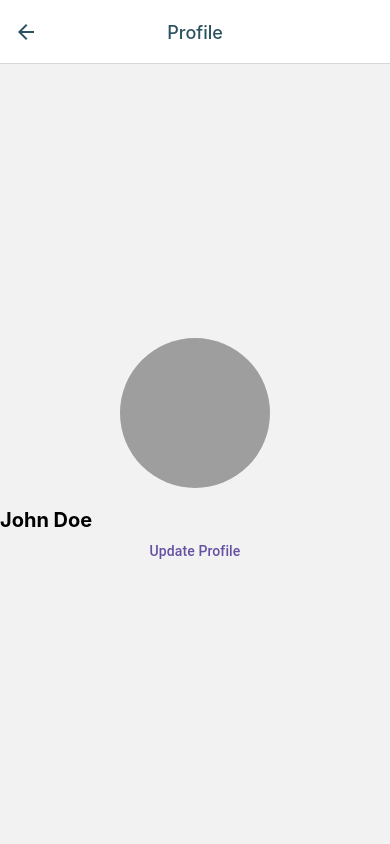
Repository: SaudCh/Expo-Pethub
Screen: /Profile
An editor plug-in stored every save of this project. The screen is shown before and after the next save, followed by the edit.
Pictures or frames that could not be fetched are drawn as grey boxes. The app was drawn by React Native's web renderer in a window 390 px wide. The project was rebuilt for these pictures with package versions that can differ from the ones it lists, and the page was loaded fresh each time. Also part of the build but not shown: Screens/Signup.js, Screens/Home.js, Screens/UpdateProfile.js, Components/Avatar.js.

Above is the screen before, as saved 2022-11-15 00:19:35.

### App.js
import { StatusBar } from 'expo-status-bar';
import 'react-native-gesture-handler';
import { StyleSheet, Text, View } from 'react-native';
import { Provider as PaperProvider } from 'react-native-paper';
import AppNavigator from './Components/Navigator';

export default function App() {
  return (
    <PaperProvider>
      <AppNavigator />
    </PaperProvider>
  );
}

const styles = StyleSheet.create({
  container: {
    flex: 1,
    backgroundColor: '#fff',
    alignItems: 'center',
    justifyContent: 'center',
  },
});

### Components/Navigator.js
// In App.js in a new project

import * as React from 'react';
import { View, Text } from 'react-native';
import { NavigationContainer } from '@react-navigation/native';
import { createNativeStackNavigator } from '@react-navigation/native-stack';
import Login from '../Screens/Login';
import Signup from '../Screens/Signup';
import Home from '../Screens/Home';
import Profile from '../Screens/Profile';
import UpdateProfile from '../Screens/UpdateProfile';
import Avatar from './Avatar';

function HomeScreen() {
    return (
        <View style={{ flex: 1, alignItems: 'center', justifyContent: 'center' }}>
            <Text>Home Screen</Text>
        </View>
    );
}

const Stack = createNativeStackNavigator();

function AppNavigator() {
    return (
        <NavigationContainer>
            <Stack.Navigator>
                <Stack.Screen name="Login" component={Login} options={{
                    title: 'Login',
                    headerTintColor: "#2B5262",
                    headerTitleAlign: 'center'
                }} />

                <Stack.Screen name="Signup" component={Signup} options={{
                    title: 'Signup',
                    headerTintColor: "#2B5262",
                    headerTitleAlign: 'center'
                }} />

                <Stack.Screen name="Home" component={Home}
                    options={{
                        title: 'Home',
                        headerTintColor: "#2B5262",
                        headerTitleAlign: 'center',
                        headerRight: () => (
                            <Avatar />
                        )
                    }}
                />

                <Stack.Screen name="Profile" component={Profile} options={{
                    title: 'Profile',
                    headerTintColor: "#2B5262",
                    headerTitleAlign: 'center'
                }} />
                <Stack.Screen name="UpdateProfile" component={UpdateProfile} options={{
                    title: 'Update',
                    headerTintColor: "#2B5262",
                    headerTitleAlign: 'center',
                }} />

            </Stack.Navigator>
        </NavigationContainer>
    );
}

export default AppNavigator;

### Screens/Login.js
import { useNavigation } from "@react-navigation/native";
import React, { useState, useEffect } from "react";
import { View, Text, StyleSheet, ActivityIndicator, Alert } from 'react-native'
import { TextInput, Button } from "react-native-paper"

export default function Login() {

    const navigation = useNavigation()

    const [data, setData] = useState({
        email: '',
        password: ''
    })

    return (
        <View style={{ ...styles.body }}>
            <View style={{ ...styles.box }}>
                <View>
                    <TextInput
                        mode="outlined"
                        placeholder="Email"
                        style={{ marginBottom: 10 }}
                        value={data.email}
                        onChangeText={text => setData({ ...data, email: text })}
                    />
                </View>
                <View>
                    <TextInput
                        mode="outlined"
                        placeholder="Password"
                        value={data.password}
                        style={{ marginBottom: 10 }}
                        onChangeText={text => setData({ ...data, password: text })}
                        secureTextEntry
                    />
                </View>
                <View>
                    <Button mode="contained" onPress={() => navigation.replace('Home')} style={{ marginTop: 10 }} >
                        Login
                    </Button>

                    <Button onPress={() => navigation.navigate("Signup")} style={{ backgroundColor: 'transparent' }}>
                        <Text style={{ ...styles.bottomText }}>Switch to Signup</Text>
                    </Button>
                </View>
            </View>
        </View >
    );
}
const styles = StyleSheet.create({
    body: {
        flex: 1,
        alignItems: "center",
        justifyContent: 'center',
        backgroundColor: '#A9CCCF'
    },
    box: {
        shadowColor: "#000",
        shadowOffset: {
            width: 0,
            height: 3,
        },
        shadowOpacity: 0.27,
        shadowRadius: 4.65,
        elevation: 6,
        borderRadius: 10,

        backgroundColor: "#fff",
        padding: 20,
        width: 350
    },
    inputText: {
        fontWeight: 'bold'
    },
    bottomText: {
        fontSize: 16
    }
});

### Screens/Profile.js
import { Image, StyleSheet, Text, View } from 'react-native'
import React from 'react'
import { Button } from 'react-native-paper'

export default function Profile() {
    return (
        <View style={{ flex: 1, justifyContent: 'center' }}>
            <View style={{ alignSelf: 'center', width: 150, height: 150, borderRadius: 75, overflow: "hidden" }}>
                <Image
                    style={styles.image}
                    source={{
                        uri: 'https://www.pngarts.com/files/6/User-Avatar-in-Suit-PNG.png',
                    }}
                />
            </View>
            <View style={{ marginTop: 20 }}>
                <Text style={{ fontSize: 20, fontWeight: 'bold' }}>John Doe</Text>
            </View>


            <Button>
                Update Profile
            </Button>
        </View>
    )
}

const styles = StyleSheet.create({
    image: {
        width: 150,
        height: 150,
        alignSelf: 'center',
        marginBottom: 20,
        resizeMode: "cover"
    }

})

After the next save:
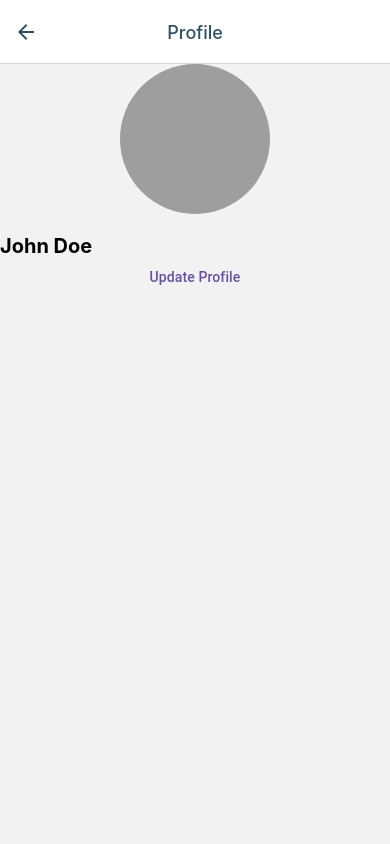
Saved 9 s later.
--- a/Screens/Profile.js
+++ b/Screens/Profile.js
@@ -4,7 +4,7 @@ import { Button } from 'react-native-paper'
 
 export default function Profile() {
     return (
-        <View style={{ flex: 1, justifyContent: 'center' }}>
+        <View style={{ flex: 1 }}>
             <View style={{ alignSelf: 'center', width: 150, height: 150, borderRadius: 75, overflow: "hidden" }}>
                 <Image
                     style={styles.image}
